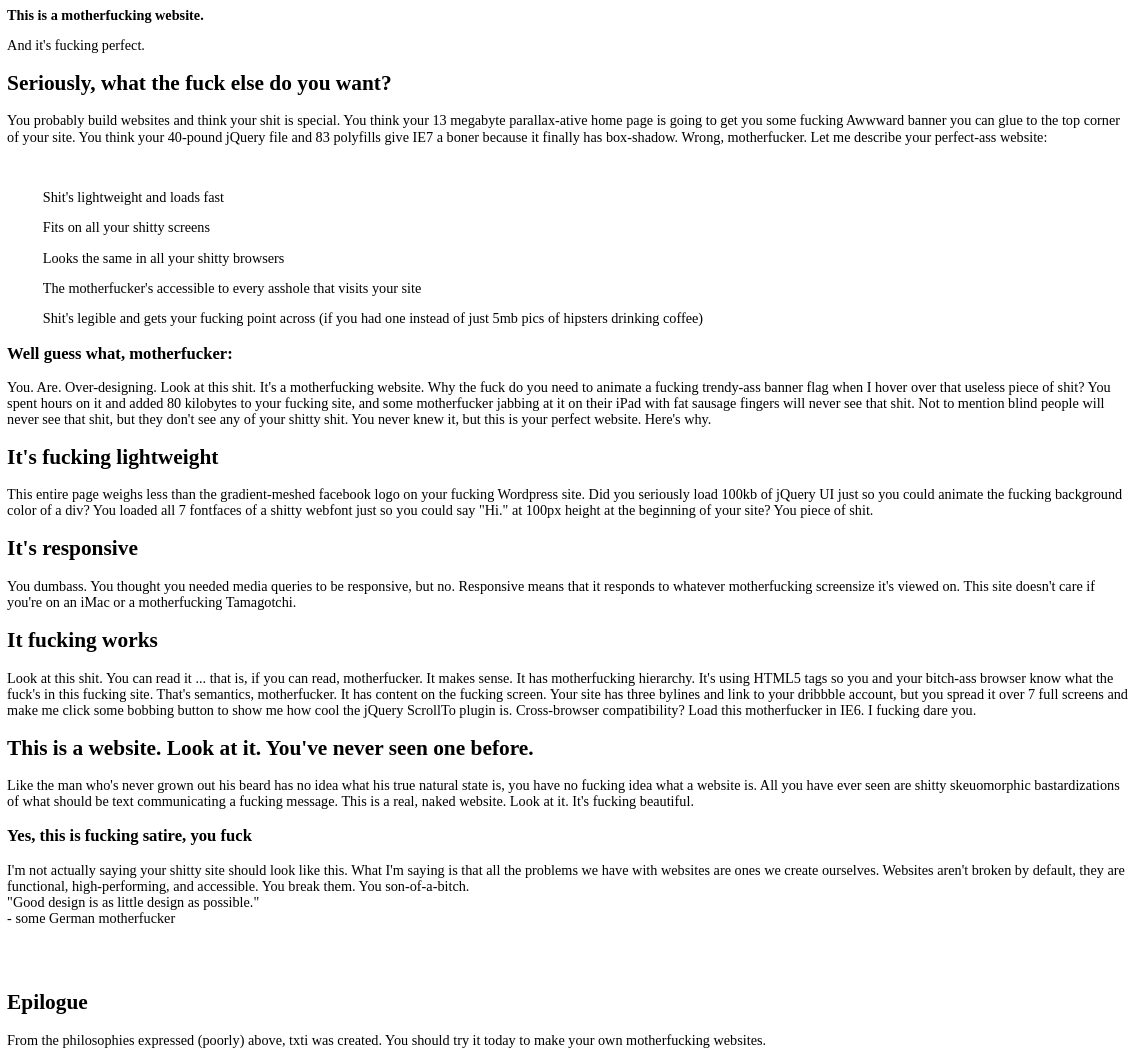
Repository: Ulrichvoitier/Refaire-Google
Page: MotherFuckingWebsite.html
These files come from the project's save history. The page is drawn as it stood at one moment and after the next save; the edit follows.
The browser window is 1280 px wide. The pictures show the whole page, at 89% of full size.

Above is the page before, as saved 2023-01-09 15:20:40.

### MotherFuckingWebsite.html
<html lang="fr">
    <head>
        <meta charset="utf-8">
        <title> <h1>This is a motherfucking website </h1></title>
    </head>
    <body>
       <strong>This is a motherfucking website.</strong>
<p>And it's fucking perfect.</p>
<h2>Seriously, what the fuck else do you want?</h2>
<p>You probably build websites and think your shit is special. You think your 13 megabyte parallax-ative home page is going to get you some fucking Awwward banner you can glue to the top corner of your site. You think your 40-pound jQuery file and 83 polyfills give IE7 a boner because it finally has box-shadow. Wrong, motherfucker. Let me describe your perfect-ass website:</p>
<br>
    <ul>Shit's lightweight and loads fast</ul>
    <ul>Fits on all your shitty screens</ul>
    <ul>Looks the same in all your shitty browsers</ul>
    <ul>The motherfucker's accessible to every asshole that visits your site</ul>
    <ul>Shit's legible and gets your fucking point across (if you had one instead of just 5mb pics of hipsters drinking coffee)</ul>
<h3>Well guess what, motherfucker:</h3>
<p>You. Are. Over-designing. Look at this shit. It's a motherfucking website. Why the fuck do you need to animate a fucking trendy-ass banner flag when I hover over that useless piece of shit? You spent hours on it and added 80 kilobytes to your fucking site, and some motherfucker jabbing at it on their iPad with fat sausage fingers will never see that shit. Not to mention blind people will never see that shit, but they don't see any of your shitty shit.

    You never knew it, but this is your perfect website. Here's why.</p>

<h2>It's fucking lightweight</h2>
<p>This entire page weighs less than the gradient-meshed facebook logo on your fucking Wordpress site. Did you seriously load 100kb of jQuery UI just so you could animate the fucking background color of a div? You loaded all 7 fontfaces of a shitty webfont just so you could say "Hi." at 100px height at the beginning of your site? You piece of shit.</p>

<h2>It's responsive</h2>
<p>You dumbass. You thought you needed media queries to be responsive, but no. Responsive means that it responds to whatever motherfucking screensize it's viewed on. This site doesn't care if you're on an iMac or a motherfucking Tamagotchi.</p>

<h2>It fucking works</h2>
<p>Look at this shit. You can read it ... that is, if you can read, motherfucker. It makes sense. It has motherfucking hierarchy. It's using HTML5 tags so you and your bitch-ass browser know what the fuck's in this fucking site. That's semantics, motherfucker.

    It has content on the fucking screen. Your site has three bylines and link to your dribbble account, but you spread it over 7 full screens and make me click some bobbing button to show me how cool the jQuery ScrollTo plugin is.

    Cross-browser compatibility? Load this motherfucker in IE6. I fucking dare you.</p>

<h2>This is a website. Look at it. You've never seen one before.</h2>
<p>Like the man who's never grown out his beard has no idea what his true natural state is, you have no fucking idea what a website is. All you have ever seen are shitty skeuomorphic bastardizations of what should be text communicating a fucking message. This is a real, naked website. Look at it. It's fucking beautiful.</p>

<h3>Yes, this is fucking satire, you fuck</h3>
<p>I'm not actually saying your shitty site should look like this. What I'm saying is that all the problems we have with websites are ones we create ourselves. Websites aren't broken by default, they are functional, high-performing, and accessible. You break them. You son-of-a-bitch.
<br>
    "Good design is as little design as possible."<br>
    - some German motherfucker</p>
    <br>
    <br>
<h2>Epilogue</h2>
From the philosophies expressed (poorly) above, txti was created. You should try it today to make your own motherfucking websites.
    </body>
</html>

After the next save:
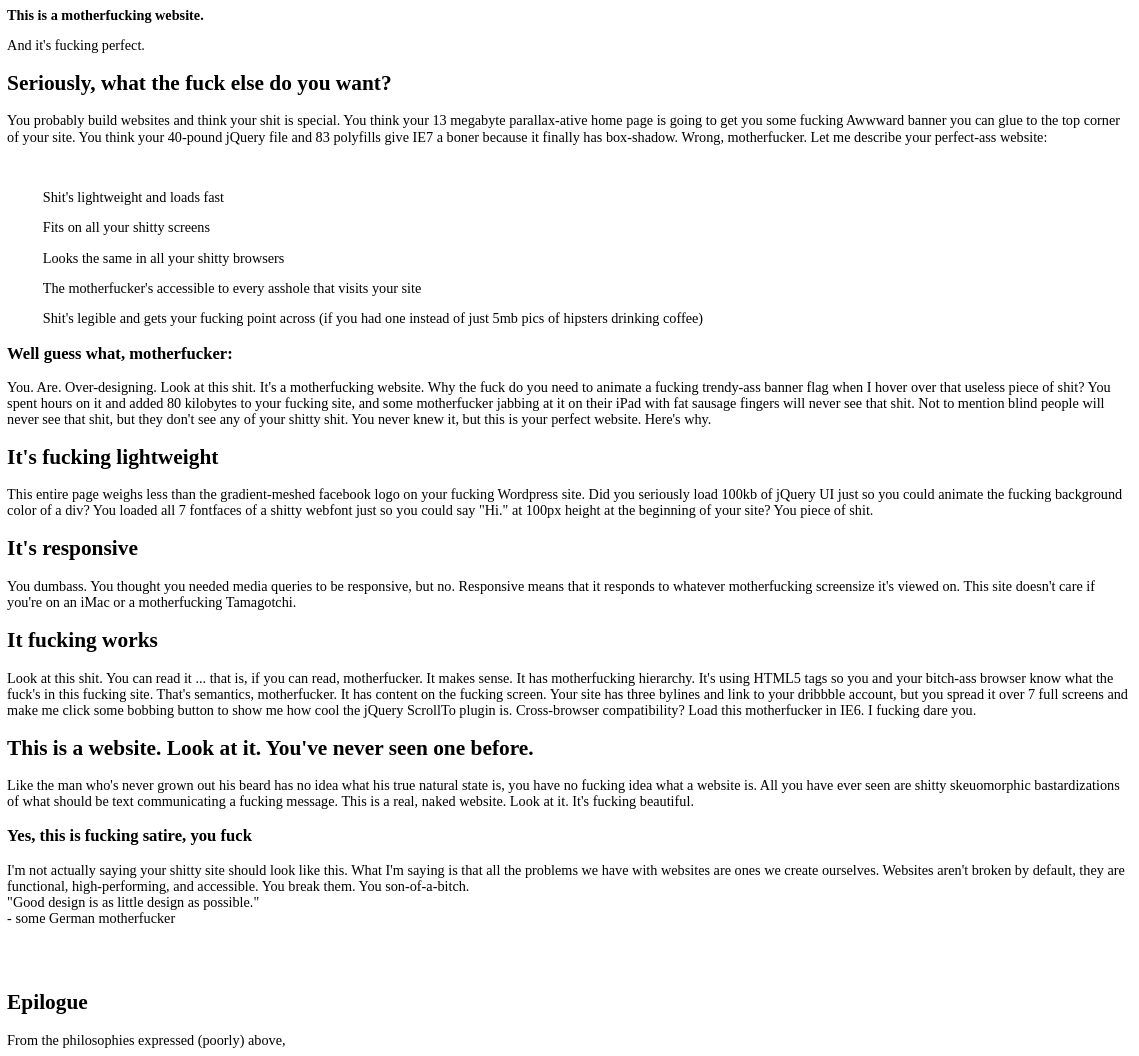
Saved 18 min 32 s later.
--- a/MotherFuckingWebsite.html
+++ b/MotherFuckingWebsite.html
@@ -43,6 +43,6 @@
     <br>
     <br>
 <h2>Epilogue</h2>
-From the philosophies expressed (poorly) above, txti was created. You should try it today to make your own motherfucking websites.
+From the philosophies expressed (poorly) above, <a herf="txti was created. You should try it today to make your own motherfucking websites.
     </body>
 </html>
